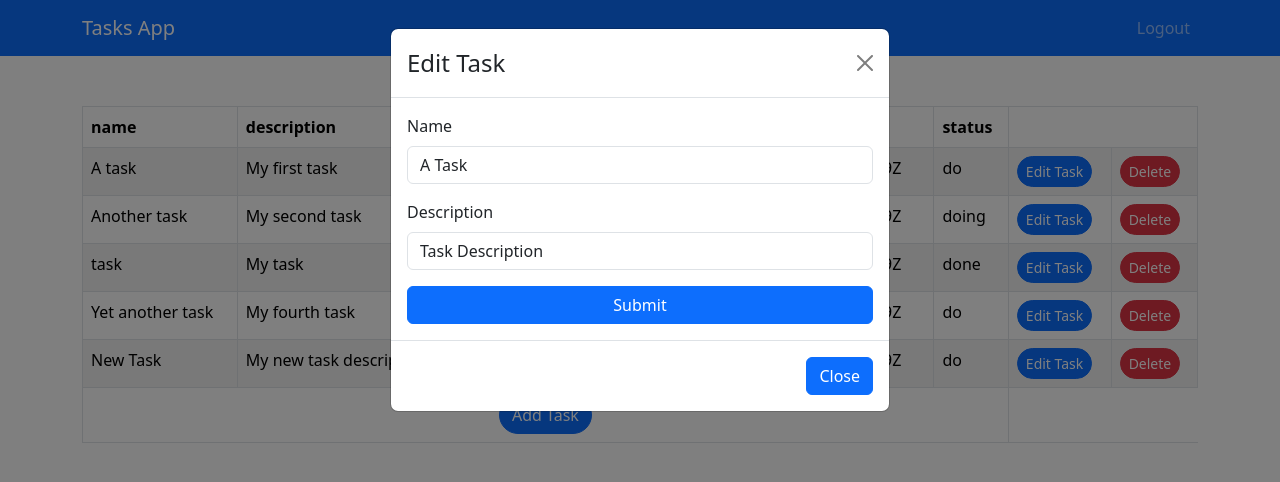
Repository: trider/react-task-manager
Page: /#/tasks, after clicking the first element matching `button.rounded-pill`
These files come from the project's save history. The page is drawn as it stood at one moment and after a run of saves; the edit follows.
The browser window is 1280 px wide. The pictures show the whole page.
The project was rebuilt for these pictures with package versions that can differ from the ones it lists, and the page was loaded fresh each time. Also part of the build but not shown: src/App.css, src/data/_Users.js, src/pages/Login.js.

Above is the page before, as saved 2024-05-06 16:33:47.

### src/App.js
// import logo from './logo.svg';
import './App.css';
import 'bootstrap/dist/css/bootstrap.min.css';
// import { BrowserRouter, Routes, Route } from "react-router-dom";
import {HashRouter as Router, Routes, Route} from "react-router-dom";
import LoginForm from "./pages/Login";
import TaskList from "./pages/Task";

// const path = process.env.REACT_APP_FOR_PATH;

function App() {
  return (
    <div>
      <Router baseline="/">
        <Routes>
          <Route index element={<LoginForm />} />
            <Route path="login" element={<LoginForm />} />
            <Route path="tasks" element={<TaskList />} />
        </Routes>
      </Router>
    </div>
  );
}

export default App;

### src/pages/Task.js
import * as React from 'react';
import Table from 'react-bootstrap/Table';
import Container from 'react-bootstrap/Container';
import ModalComponent from '../components/Modal';
import userTasks from '../data/_Tasks';
import tableCols from '../data/_Cols';
import NavbarComponent from '../components/Navigation';
import Button from 'react-bootstrap/Button';
import { useState } from 'react';



const TaskTable = () => {

  const [tasks, setTasks] = useState(userTasks);

  const deletTask = (task) => {
    setTasks(tasks.filter((t) => t.id !== task.id));
  }

  return (
    <div>
      <Table striped bordered hover size="lg">
      <thead>
        <tr>
          {tableCols.map((col) => (
            <th key={col}>{col}</th>
          ))}
           <th colSpan={"2"}></th>
        </tr>
      </thead>
      <tbody>
        {tasks.map((task) => (
          <tr key={task.id}>
            {tableCols.map((col) => (
              <td key={col}>{task[col]}</td>
            ))}
            <td >


            <ModalComponent title={'Edit Task'} size={'sm'} />
            </td>
            <td>
            <Button  variant="danger rounded-pill" size='sm'  onClick={(e) => deletTask(task)}>
            Delete
          </Button>
            </td>
          </tr>
        ))}

      </tbody>
      <tfoot>
        <tr>
          <td colSpan={tableCols.length } style={{backgroundColor:"white"}}>
          <div className="d-grid gap-2 d-md-flex justify-content-md-center">
            <ModalComponent title={'Add Task'} size={'md'}/>
           </div>
          </td>
        </tr>
      </tfoot>
    </Table>




    </div>
  );
}


const TaskList = () => {
  return (
    <div>

    <NavbarComponent />
    <Container style={{marginTop:"50px"}}>
      <TaskTable />
    </Container>
    </div>
  );
}

export default TaskList;

### src/components/Modal.js
import { useState } from 'react';
import Button from 'react-bootstrap/Button';
import Modal from 'react-bootstrap/Modal';
import Form from 'react-bootstrap/Form';



const FormBody = () => {


  const [taskName, setTaskName] = useState("A Task");
  const [taskDescription, setTaskDescription] = useState("Task Description");
  const [task, setTask] = useState({ name: taskName, description: taskDescription });



  return (
    <div>
      <Form  onSubmit={(e) => {
          alert(`Task Name: ${taskName} Task Description: ${taskDescription}`);
          setTask({ name: taskName, description: taskDescription });



      }}>

        <Form.Group className="mb-3" controlId="taskName">
          <Form.Label>Name</Form.Label>
          <Form.Control
            type="text"
            value={taskName}
            onChange={(e) => setTaskName(e.target.value)}


          />
        </Form.Group>
        <Form.Group className="mb-3" controlId="taskDescription">
          <Form.Label>Description</Form.Label>
          <Form.Control
            type="text"
            value={taskDescription}
            onChange={(e) => setTaskDescription(e.target.value)}

          />
        </Form.Group>

        <div className="d-grid gap-2">
          <Button variant="primary" type="submit" >Submit</Button>
        </div>
      </Form>
    </div>
  );

}

const ModalComponent = (props) => {
  const [show, setShow] = useState(false);

  const handleClose = () => setShow(false);
  const handleShow = () => setShow(true);
  return (
    <div >
      <Button variant="primary" onClick={handleShow} className='rounded-pill' size={props.size}>
        {props.title}
      </Button>

      <Modal show={show} onHide={handleClose}>
        <Modal.Header closeButton>
          <Modal.Title>{props.title}</Modal.Title>
        </Modal.Header>
        <Modal.Body>
          <FormBody task={props.task} />
          {/* Woohoo, you are reading this text in a modal!
          <div className='bg-primary text-light text-center' style={{ marginTop: '10px'}}>
          <Button  variant="primary rounded-pill" onClick={handleClose} size={props.size} >
            Submit
          </Button> */}


          {/* </div> */}


          </Modal.Body>
        <Modal.Footer>



          <Button  variant="primary" onClick={handleClose}>
            Close
          </Button>

        </Modal.Footer>
      </Modal>
    </div>
  );
}

export default ModalComponent;

### src/data/_Tasks.js
const userTasks= [
 {
   id: "6630ab326e723ac1ea6dce7a",
   description: "My first task",
   name: "A task",
   taskId: 1,
   user: "jonnygold",
   added: "2024-05-01T22:00:00.000Z",
   updated: "2024-05-01T14:16:01.119Z",
   status: "do",
   isActive: true
 },
 {
   id: "6630fe5d6e723ac1ea6dce7e",
   description: "My second task",
   name: "Another task",
   taskId: 2,
   user: "jonnygold",
   added: "2024-05-01T22:00:00.000Z",
   updated:"2024-05-01T14:16:01.119Z",
   status: "doing",
   isActive: true
 },
 {
   id: "6630fe826e723ac1ea6dce7f",
   description: "My task",
   name: "task",
   taskId: 3,
   user: "jonnygold",
   added: "2024-05-01T22:00:00.000Z",
   updated:"2024-05-01T14:16:01.119Z",
   status: "done",
   isActive: true
 },
 {
   id: "6631f17cc4c9b7f5ab3c28c3",
   name: "Yet another task",
   description: "My fourth task",
   user: "jonnygold",
   taskId: 4,
   added: "2024-05-01T22:00:00.000Z",
   updated:"2024-05-01T14:16:01.119Z",
   isActive: true,
   status: "do",

 },
 {
   id: "66323f0d54b80929f84ebdd2",
   user: "jonnygold",
   name: "New Task",
   description: "My new task description",
   status: "do",
   taskId: 5,
   added: "2024-05-01T22:00:00.000Z",
   updated:"2024-05-01T14:16:01.119Z",
   isActive: true,
 }

]

export default userTasks

### src/data/_Cols.js
const tableCols = [
 'name',
 'description',
 'added',
 'updated',
 'status',
];

export default tableCols

### src/components/Navigation.js
import * as React from 'react';
import Container from 'react-bootstrap/Container';
import Nav from 'react-bootstrap/Nav';
import Navbar from 'react-bootstrap/Navbar';






const NavbarComponent = () => {
  return (
    <Navbar bg="primary" expand="lg" data-bs-theme="dark">
      <Container>
        <Navbar.Brand href="#home">Tasks App</Navbar.Brand>
        <Navbar.Toggle aria-controls="basic-navbar-nav" />
        <Navbar.Collapse id="basic-navbar-nav">
          <Nav className="me-auto" >
          </Nav>
          <Nav>
            <Nav.Link href="/login">Logout</Nav.Link>
          </Nav>
        </Navbar.Collapse>
      </Container>
    </Navbar>
  );
}



export default NavbarComponent;

Loaded but not shown: public/index.html (common file); src/index.js (common file); src/index.css (common file); src/reportWebVitals.js (common file)

After the next 2 saves:
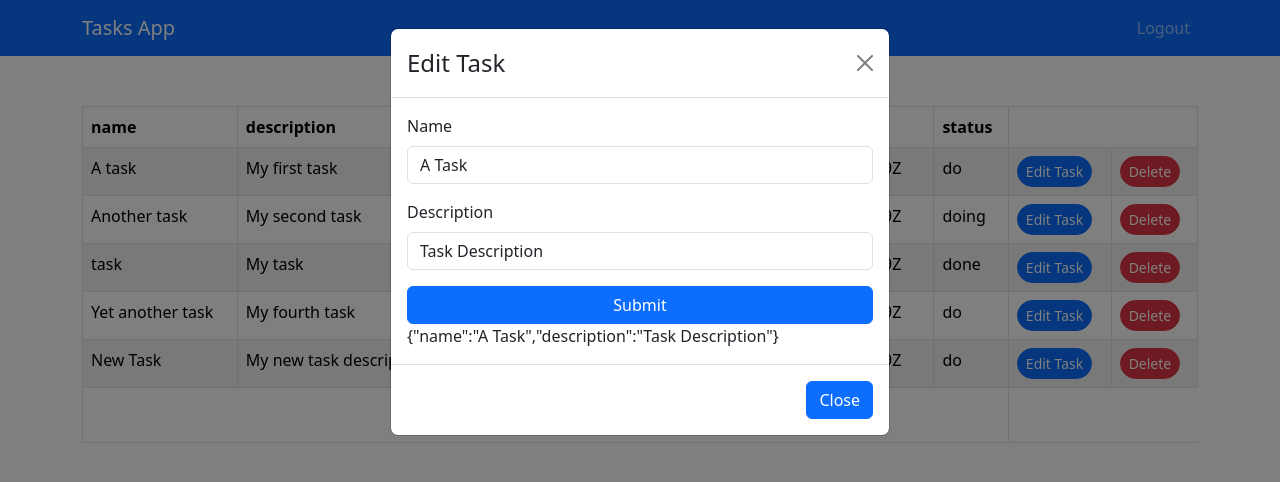
The 2 saves are shown as one change because 1 did not build or start.
The last was saved 37 s later.
--- a/src/components/Modal.js
+++ b/src/components/Modal.js
@@ -48,6 +48,8 @@ const FormBody = () => {
           <Button variant="primary" type="submit" >Submit</Button>
         </div>
       </Form>
+
+      {JSON.stringify(task)}
     </div>
   );
 
